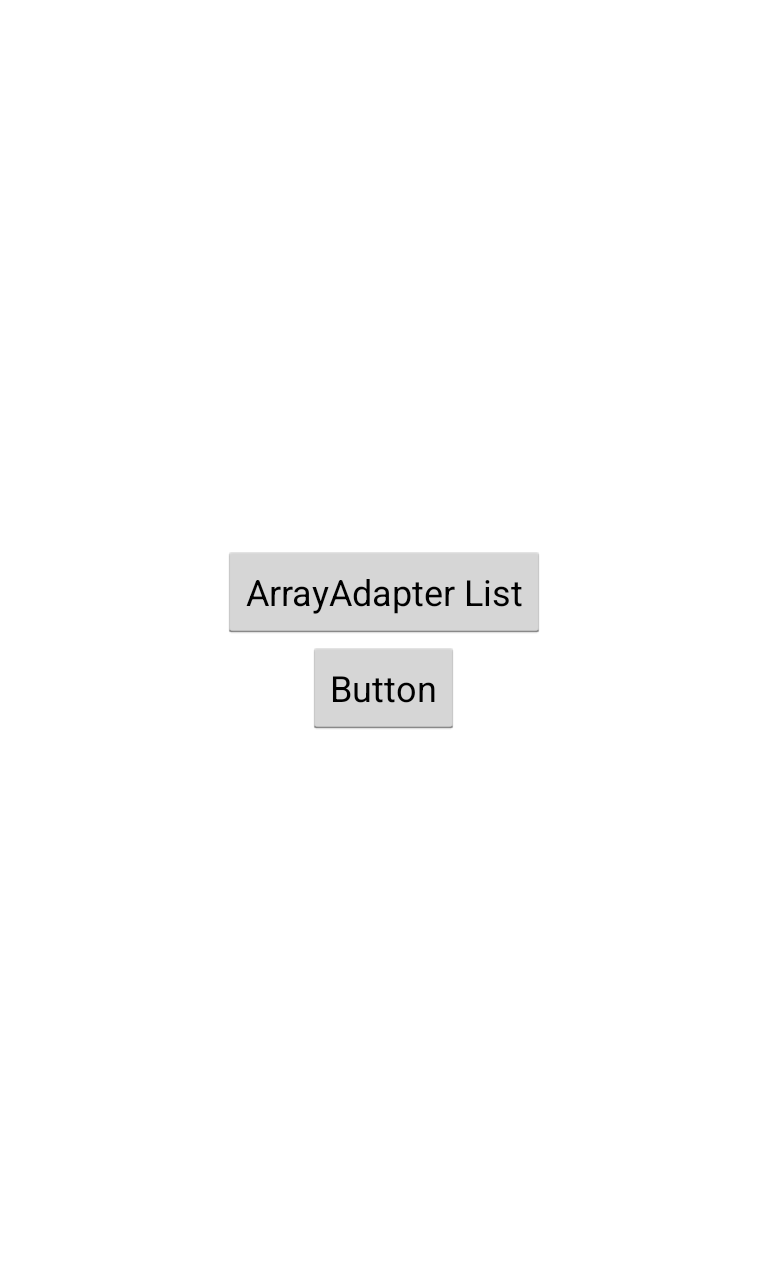
Repository: lcbasu/android
Layout: Example Projects/Code-Learn-Android-Example-master/CodeLearnListExample/res/layout/codelearn_list_home.xml
The author's editor kept a copy of each file at every save. The layout is drawn from the files as they stood at one save, then again after the next save.
It is drawn on a 768 x 1280 px phone screen (xhdpi) without system bars, with theme AppTheme; the app's code is not run.

Above is the layout before, as saved 2013-12-11 18:50:09.

### Example Projects/Code-Learn-Android-Example-master/CodeLearnListExample/res/layout/codelearn_list_home.xml
<?xml version="1.0" encoding="utf-8"?>
<LinearLayout xmlns:android="http://schemas.android.com/apk/res/android"
    android:layout_width="match_parent"
    android:layout_height="match_parent"
    android:orientation="vertical"
    android:gravity="center" >

    <Button
        android:id="@+id/button1"
        android:layout_width="wrap_content"
        android:layout_height="wrap_content"
        android:text="ArrayAdapter List" />

    <Button
        android:id="@+id/button2"
        android:layout_width="wrap_content"
        android:layout_height="wrap_content"
        android:text="Button" />

</LinearLayout>

Loaded but not shown: Example Projects/Code-Learn-Android-Example-master/CodeLearnListExample/res/values/styles.xml (common file); Example Projects/Code-Learn-Android-Example-master/CodeLearnListExample/res/values-v11/styles.xml (common file); Example Projects/Code-Learn-Android-Example-master/CodeLearnListExample/res/values-v14/styles.xml (common file)

After the next save:
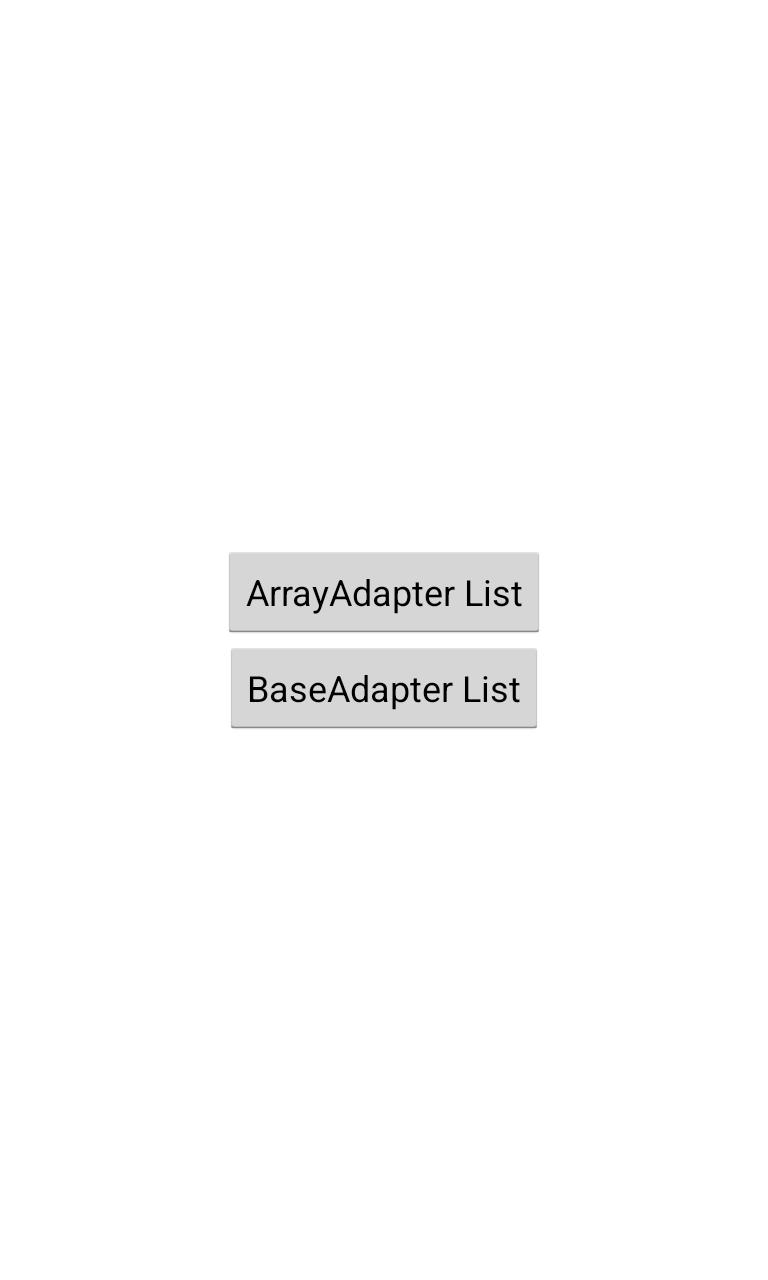
Saved 6 s later.
--- a/Example Projects/Code-Learn-Android-Example-master/CodeLearnListExample/res/layout/codelearn_list_home.xml
+++ b/Example Projects/Code-Learn-Android-Example-master/CodeLearnListExample/res/layout/codelearn_list_home.xml
@@ -15,6 +15,6 @@
         android:id="@+id/button2"
         android:layout_width="wrap_content"
         android:layout_height="wrap_content"
-        android:text="Button" />
+        android:text="BaseAdapter List" />
 
 </LinearLayout>
